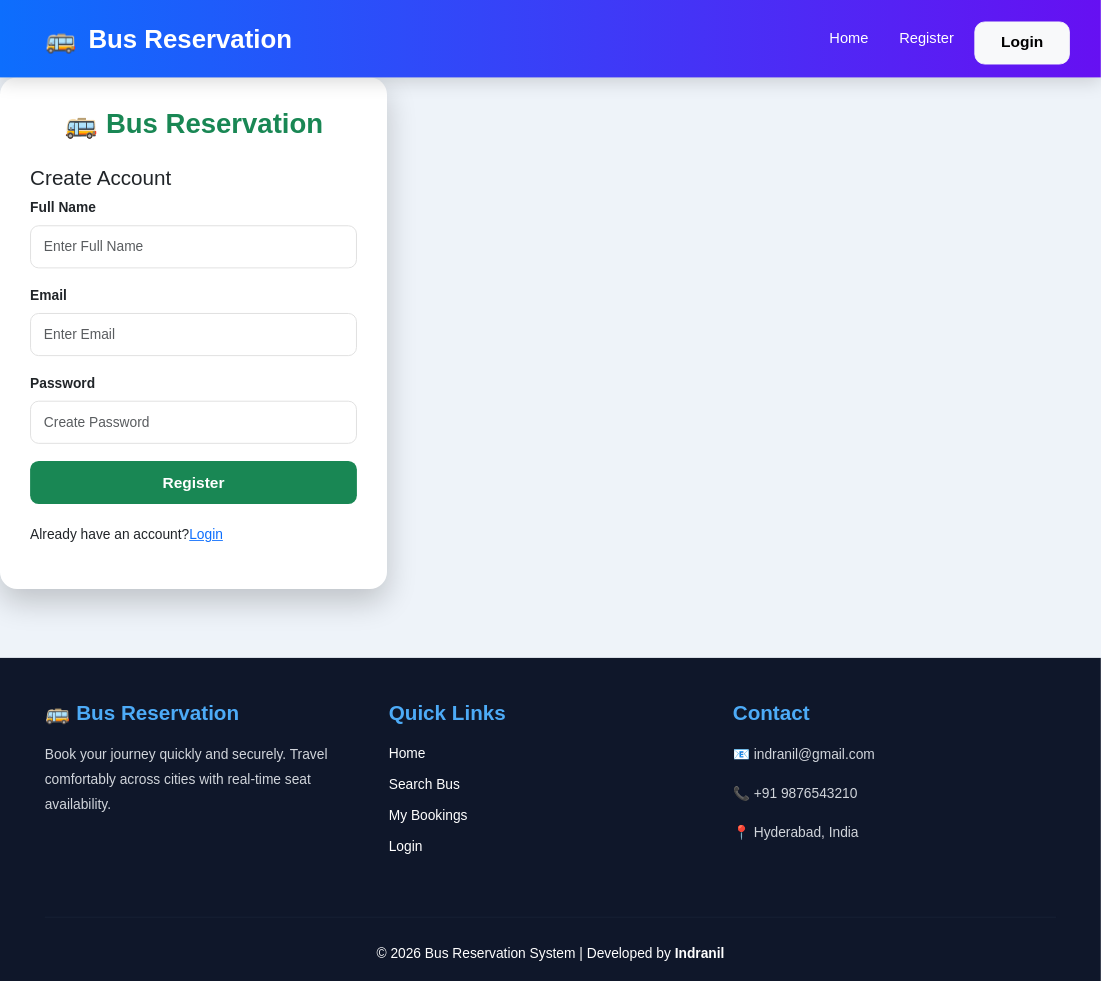
Repository: Eswarabhinay06/Bus-Reservation-System
Page: /register (app in AIML-09-Bus-Reservation-System-main/bus-reservation-frontend/)
The author's editor kept a copy of each file at every save. The page is drawn from the files as they stood at one save, then again after the next save.
The browser window is 1280 px wide. The pictures show the whole page, at 86% of full size.
The project was rebuilt for these pictures with package versions that can differ from the ones it lists, and the page was loaded fresh each time. Also part of the build but not shown: AIML-09-Bus-Reservation-System-main/bus-reservation-frontend/vite.config.js, AIML-09-Bus-Reservation-System-main/bus-reservation-frontend/src/styles/Hero.css, AIML-09-Bus-Reservation-System-main/bus-reservation-frontend/src/components/Hero.jsx, AIML-09-Bus-Reservation-System-main/bus-reservation-frontend/src/components/SearchBar.jsx, AIML-09-Bus-Reservation-System-main/bus-reservation-frontend/src/styles/BusCard.css, AIML-09-Bus-Reservation-System-main/bus-reservation-frontend/src/components/BusCard.jsx, AIML-09-Bus-Reservation-System-main/bus-reservation-frontend/src/styles/SeatSelection.css, AIML-09-Bus-Reservation-System-main/bus-reservation-frontend/src/components/SeatSelection.jsx and 6 more.

Above is the page before, as saved 2026-07-14 10:44:33.

After the next save:
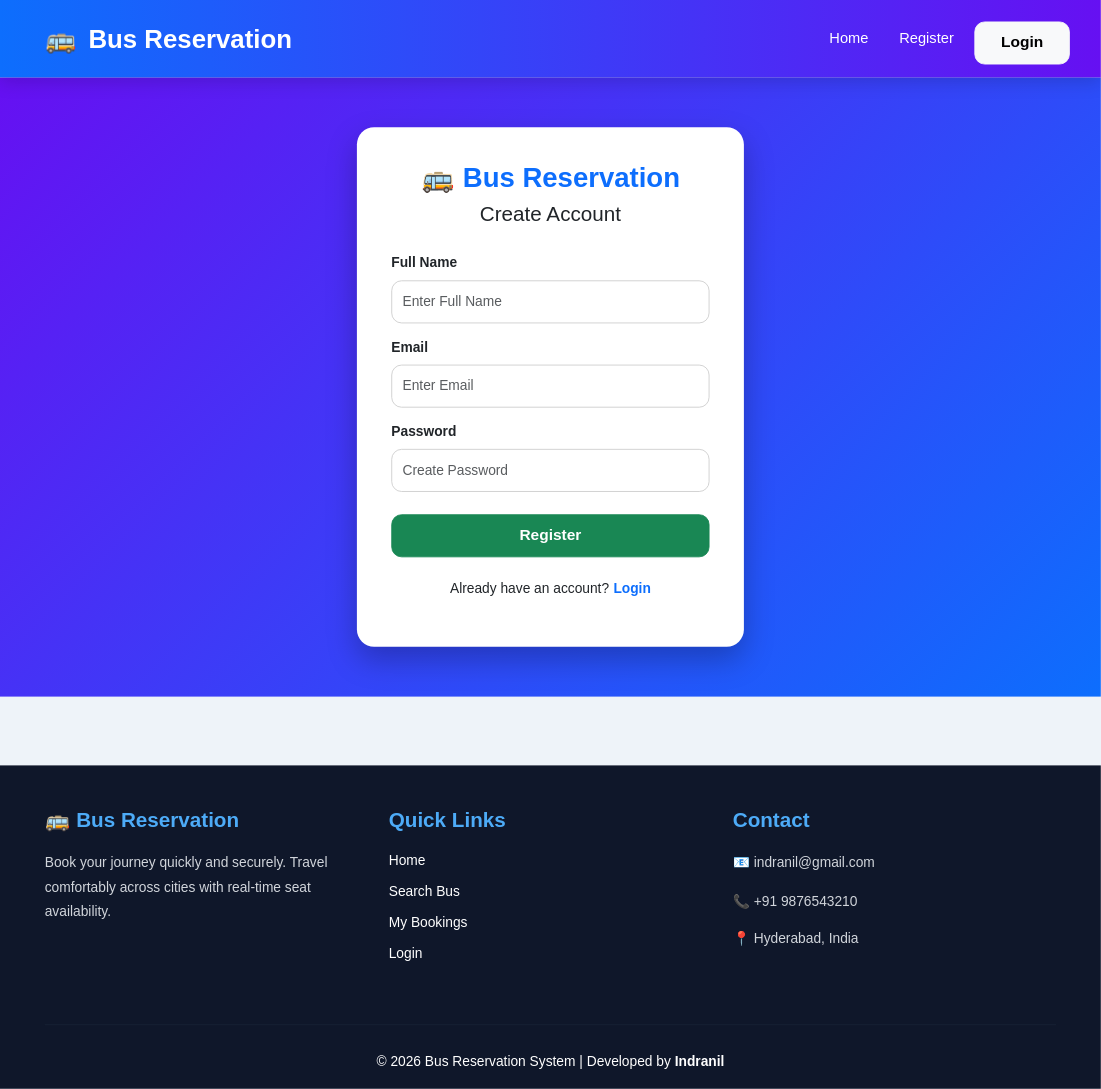
Saved 6 s later.
--- a/AIML-09-Bus-Reservation-System-main/bus-reservation-frontend/src/styles/Register.css
+++ b/AIML-09-Bus-Reservation-System-main/bus-reservation-frontend/src/styles/Register.css
@@ -1,73 +1,86 @@
-.register-container{
-    min-height:80vh;
+.register-page{
+
+    min-height:100vh;
     display:flex;
     justify-content:center;
     align-items:center;
-    background:linear-gradient(135deg,#43e97b,#38f9d7);
-    padding:40px;
+    background:linear-gradient(135deg,#6610f2,#0d6efd);
+
 }
 
 .register-card{
+
     width:450px;
     background:white;
-    padding:35px;
+    padding:40px;
     border-radius:20px;
-    box-shadow:0 15px 35px rgba(0,0,0,.2);
+    box-shadow:0 15px 35px rgba(0,0,0,.25);
+
 }
 
 .register-card h2{
+
     text-align:center;
-    color:#198754;
+    color:#0d6efd;
+    font-weight:bold;
+
+}
+
+.register-card h4{
+
+    text-align:center;
     margin-bottom:30px;
-    font-weight:bold;
+
 }
 
 .register-card label{
+
     font-weight:600;
     margin-bottom:8px;
+
 }
 
-.register-card input,
-.register-card select{
-    width:100%;
+.register-card .form-control{
+
     height:50px;
-    border:1px solid #ddd;
-    border-radius:10px;
-    padding:10px 15px;
-    margin-bottom:20px;
-    font-size:16px;
+    border-radius:12px;
+
 }
 
-.register-card input:focus,
-.register-card select:focus{
-    outline:none;
-    border:2px solid #198754;
+.register-card .form-control:focus{
+
+    border:2px solid #0d6efd;
+    box-shadow:none;
+
 }
 
 .register-btn{
+
     width:100%;
     height:50px;
-    border:none;
-    border-radius:10px;
-    background:#198754;
-    color:white;
+    border-radius:12px;
     font-size:18px;
     font-weight:bold;
-    transition:.3s;
+    margin-top:10px;
+
 }
 
-.register-btn:hover{
-    background:#157347;
-    transform:translateY(-2px);
+.login-link{
+
+    text-align:center;
+
 }
 
-.register-link{
-    text-align:center;
-    margin-top:20px;
+.login-link a{
+
+    text-decoration:none;
+    margin-left:5px;
+    font-weight:bold;
+
 }
 
-.register-link a{
-    text-decoration:none;
-    color:#198754;
-    font-weight:bold;
+.login-link a:hover{
+
+    text-decoration:underline;
+
 }
